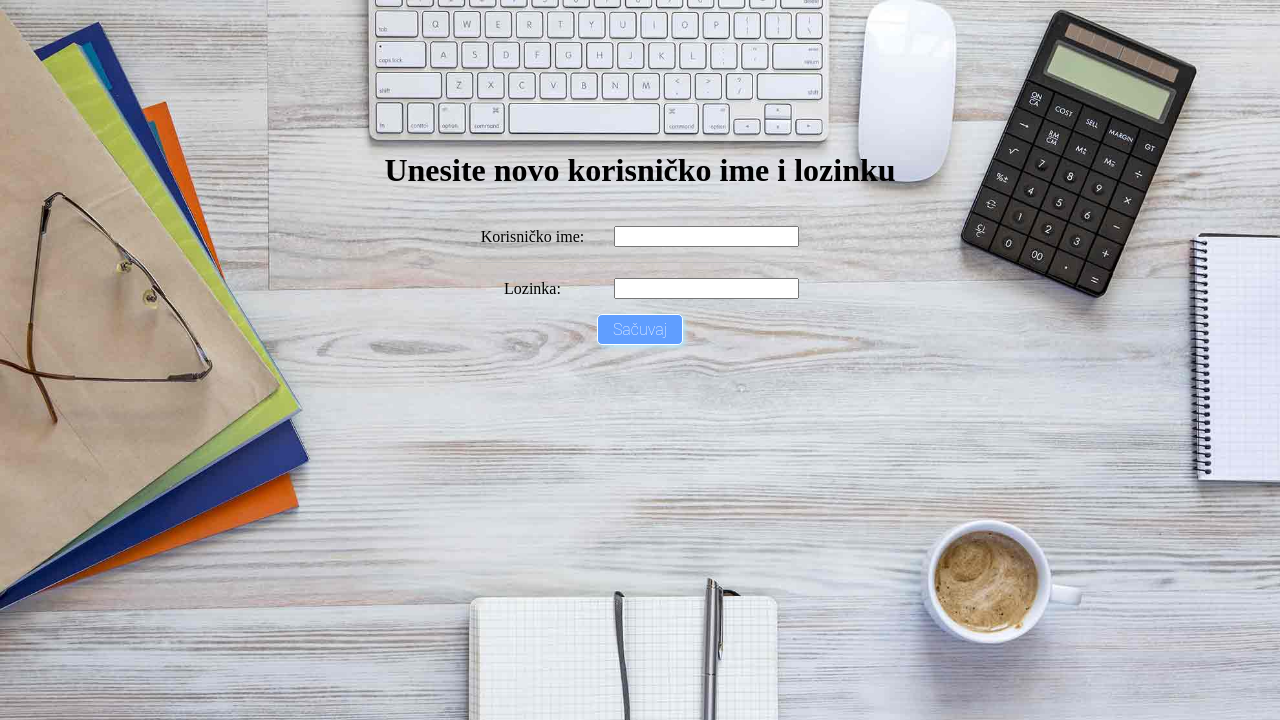
Repository: KristijanPetkovic/java-applet-video-library
Page: Projekti/www.videoteka.com/WebContent/noviKorisnik.html
The author's editor kept a copy of each file at every save. The page is drawn from the files as they stood at one save, then again after the next save.
The browser window is 1280 px wide. The pictures show the whole page.

Above is the page before, as saved 2019-01-09 21:34:54.

### Projekti/www.videoteka.com/WebContent/noviKorisnik.html
<!DOCTYPE html>
<html>
	<head>
		<meta http-equiv="content-type" content="text/html; charset=utf-8">
		<title>Otvaranje naloga</title>
		<link rel="stylesheet" href="noviKorisnik.css" >
	</head>
	<body>
		<h1 id="naslov">Unesite novo korisničko ime i lozinku</h1>
		<form action="NoviKorisnikServlet" method="post">
			<table class="center" cellpadding="15px">
				<tr>
					<td>Korisničko ime: </td>
					<td> <input name="ime" type="text"> </td>
				</tr>
				<tr>
					<td>Lozinka: </td>
					<td> <input name="sifra" type="text"> </td>
				</tr>
			</table>
			<input class="color-change" name="sačuvaj" type="submit" value="Sačuvaj">
		</form>
	</body>
</html>

### Projekti/www.videoteka.com/WebContent/noviKorisnik.css
#naslov{
    margin-top:12%;
    }
table.center {
    margin-left:auto;
    margin-right:auto;
    cellpadding:15px;
  }
body {
  background: url(poz.jpg);
  background-repeat:no-repeat;
  background-size:cover;
  text-align:center;
  }
table{
	border-color: rgb(0,0,0);

	border-collapse: collapse;
}
th{
	color: rgb(255, 255, 255);
	background: rgb(0, 0, 0);
	collspan: 2;
}
td{
	border-top: 1pt solid silver;
	padding: 10;
}
ttr:nth-child(odd){
	background: rgb(255, 255, 255);
}
tr:hover{
	background: rgb(96, 158, 255);
}
input:focus{
	background-color: rgb(255, 255, 179);
	border-color: rgb(186, 186, 186);
}
.color-change {
  border-radius: 5px;
  font-size: 20px;
  padding: 5px 15px;
  cursor: pointer;
  color: #fff;
  background-color: rgb(96, 158, 255);
  font-size: 1rem;
  font-family: 'Roboto';
  font-weight: 100;
  border: 1px solid #fff;
  box-shadow: 2px 2px 5px #AFE9FF;
  transition-duration: 0.5s;
  -webkit-transition-duration: 0.5s;
  -moz-transition-duration: 0.5s;
}
.color-change:hover {
  color: #006398;
  border: 1px solid #006398;
  box-shadow: 2px 2px 20px #AFE9FF;
}

button.color-change {
  -webkit-appearance: none;
  -moz-appearance: none;
}

After the next save:
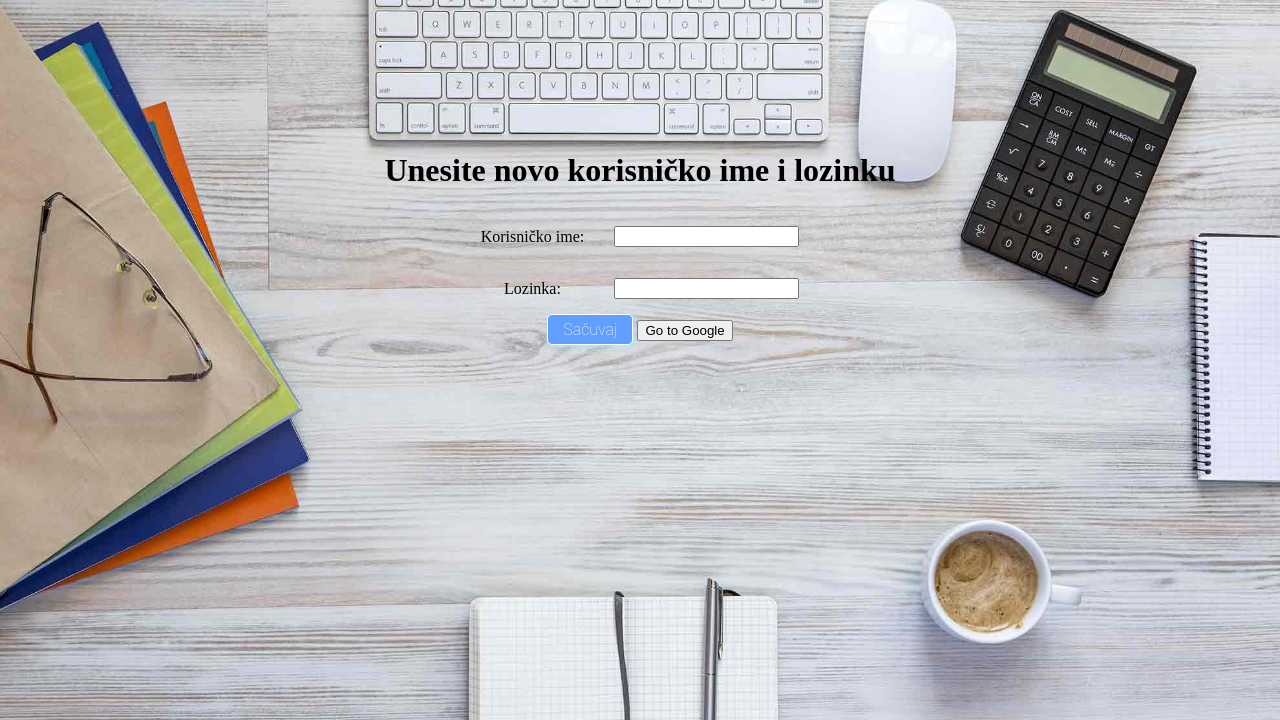
Saved 101 s later.
--- a/Projekti/www.videoteka.com/WebContent/noviKorisnik.html
+++ b/Projekti/www.videoteka.com/WebContent/noviKorisnik.html
@@ -19,6 +19,7 @@
 				</tr>
 			</table>
 			<input class="color-change" name="sačuvaj" type="submit" value="Sačuvaj">
+			<input type="button" onclick="location.href='http://google.com';" value="Go to Google" />
 		</form>
 	</body>
 </html>
